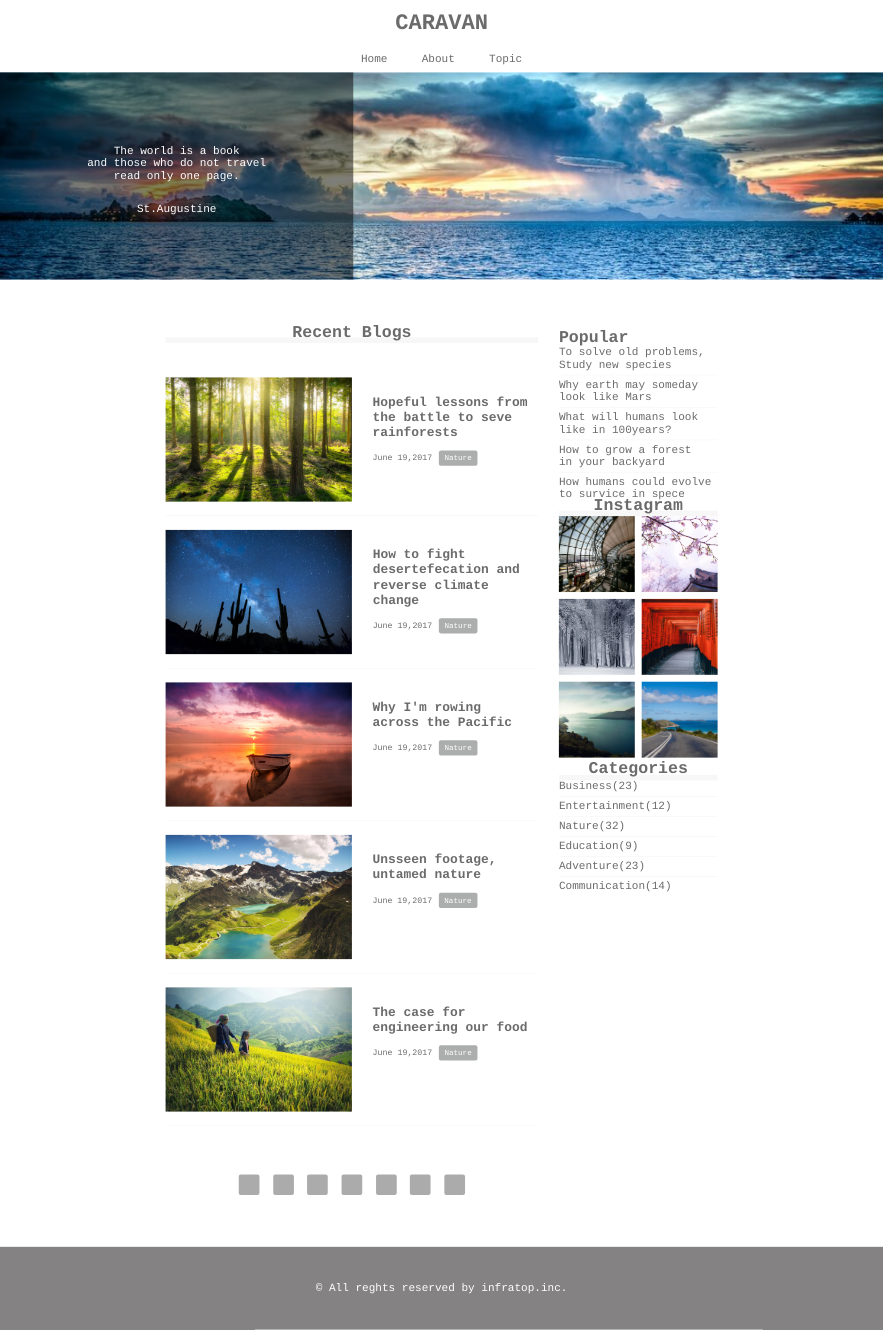
Repository: HayatoTakaha/bookers2-debug
Page: caravan/index.html
The author's editor kept a record of every edit. The page is drawn from the files as they stood at one moment, then again after the next edit.
The browser window is 1280 px wide. The pictures show the whole page, at 69% of full size.

Above is the page before.

### caravan/index.html
<!DOCTYPE html>
<html lang="ja">
  <head>
    <meta charset="UTF-8">
    <title>CARAVAN</title>

    <link rel="stylesheet" href="style.css">
  </head>
  <body>
   <!--header-->
 <header>
  <h1 class="heaing">
   <a href="index.html">CARAVAN</a>
  </h1>
 </header>
 <!--navigation-->
   <nav>
    <ul class="nav-list">
   <li class="nav-list-item">
    <a href="index.html">Home</a></li>
   <li class="nav-list-item">
    <a href="index.html"> About</a></li>
   <li class="nav-list-item">
   <a href="index.html"> Topic</a></li>
    </ul>
   </nav>
 <!--main-visual-->
  <div class="main-visual">
   <div class="main-visual-content">
  <p class="main-visual-text">
   The world is a book <br />
   and those who do not travel <br />
   read only one page.
  </p>
  <p class="main-visual-name">
   St.Augustine
  </p>
  </div>
   <!-- main用のdiv -->
    <main>
     <section class="blog">
      <h2 class="blog-heading">Recent Blogs</h2>
      <div class="blog-box">
      <div class="blog-item">
       <img class="blog-image" src="forest.jpg"/>
       <section class="blog-text">
       <h3 class="blog-text-heading"/>
        <a href="single.html">
         Hopeful lessons from <br>
         the battle to seve <br>
         rainforests
        </a>
       </h3>
       <p class="blog-date"> June 19,2017 </p>
       <span class="category">Nature</span>
     </section>
     </div>
     <div class="blog-item">
       <img class="blog-image" src="desert.jpg"/>
       <section class="blog-text">
       <h3 class="blog-text-heading"/>
        <a href="single.html">
         How to fight <br>
         desertefecation and <br>
         reverse climate change
        </a>
       </h3>
        <p class="blog-date"> June 19,2017 </p>
       <span class="category">Nature</span>
     </section>
     </div>
     <div class="blog-item">
       <img class="blog-image" src="sunset.jpg"/>
       <section class="blog-text">
       <h3 class="blog-text-heading"/>
        <a href="single.html">
         Why I'm rowing <br>
         across the Pacific
        </a>
       </h3>
       <p class="blog-date"> June 19,2017 </p>
       <span class="category">Nature</span>
     </section>
     </div>
     <div class="blog-item">
       <img class="blog-image" src="italy.jpg"/>
       <section class="blog-text">
       <h3 class="blog-text-heading"/>
        <a href="single.html">
         Unsseen footage, <br>
         untamed nature
        </a>
       </h3>
       <p class="blog-date"> June 19,2017 </p>
       <span class="category">Nature</span>
     </section>
      </div>
     <div class="blog-item">
       <img class="blog-image" src="asia.jpg"/>
       <section class="blog-text">
       <h3 class="blog-text-heading"/>
        <a href="single.html">
         The case for <br>
         engineering our food
        </a>
       </h3>
       <p class="blog-date"> June 19,2017 </p>
       <span class="category">Nature</span>
     </section>
     </div>
     <div class="pagination">
      <p></p>
      <p></p>
      <p></p>
      <p></p>
      <p></p>
      <p></p>
      <p></p>
     </div>
     </div>
      </section>
     <div class="sidebar">
      <section class="popular">
       <h2 class="popular-heading">Popular</h2>
       <div class="sidebar-contents">
        <p class="popular-text">
         To solve old problems,<br>
         Study new species</p>
       <p class="popular-text">
        Why earth may someday<br>
        look like Mars</p>
         <p class="popular-text">
          What will humans look<br>
          like in 100years?</p>
           <p class="popular-text">
            How to grow a forest<br>
            in your backyard</p>
             <p class="popular-text">
              How humans could evolve<br>
              to survice in spece</p>
      </div>
      </section>
 <section class="instagram">
  <h2 class="instagram-heading common-heading">Instagram</h2>
  <div class="sidebar-contents">
   <div class="instagram-box"></div>
    <div class="instagram-box"></div>
     <div class="instagram-box"></div>
      <div class="instagram-box"></div>
       <div class="instagram-box"></div>
        <div class="instagram-box"></div>
 </div>
 </section>
 <section class="categories">
  <h2 class="categories-heading common-heading">Categories</h2>
  <div class="sidebar-contents">
   <p class="categories-text">Business(23)</p>
    <p class="categories-text">Entertainment(12)</p>
     <p class="categories-text">Nature(32)</p>
      <p class="categories-text">Education(9)</p>
       <p class="categories-text">Adventure(23)</p>
        <p class="categories-text">Communication(14)</p>
  </div>
 </section>
 </div>
    </main>
   <!--footer-->
  <footer>
   <p class="footer-text">© All reghts reserved by infratop.inc.</p>
  </footer>
  </body>
</html>

### caravan/style.css
*{
  margin: 0;
  padding: 0;
  box-sizing: border-box;
  color: #6c6b6b;
}
a{
  text-decoration: none;
}
header,nav,h2,.main-visual,footer{
  font-family: Chalkduster,"Bradley Hand",Courier,"Segoe Print",sans-serif;
}
header{
  width: 90%;
  padding: 15px 0 ;
  margin: 0 auto;
  text-align: center;
}
.social i {
  display: inline-block;
  margin-left: 20px;
}
header .heading{
  font-size: 32px;
}
.nav-list{
  text-align: center;
  padding: 10px 0;
  margin: 0 auto;
}
.nav-list-item{
  list-style: none;
  display: inline-block;
  margin: 0 20px;
}
.main-visual{
  width: 100%;
  height: 300px;
  background-image: url(mv.jpg);
  background-size: cover;
  background-position: center;
}
.main-visual-content{
  width: 40%;
  height: 300px;
  background-color: rgba(0,0,0,0.5);
  text-align: center;
  padding-top: 105px;
}
.main-visual-text{
  color: #fff;
}
.main-visual-name{
  margin-top: 30px;
  color: #fff;
}
main{
  width: 800px;
  display: flex;
  justify-content: center;
  margin: 0 auto;
  padding: 70px 0 ;
}

.blog{
  width: 540px;
  margin-right: 30px;
}
.blog-heading{
  border-bottom: 8px solid #f7f7f7;
  text-align: center;
  line-height: 0.6;
}
.blog-box{
  padding-top: 50px;
}
.blog-item{
  padding-bottom: 20px;
  margin-bottom: 20px;
  border-bottom: 1px solid #f7f7f7;
  display: flex;
  justify-content: flex-start;
}
.blog-image{
  height: 180px;
}
.blog-text{
  padding: 25px 0 0 30px;
}
.blog-text-heading{
  padding-bottom: 15px;
}
.blog-date{
  font-size: 12px;
  display: inline-block;
}
.category{
  display: inline-block;
  padding: 5px 8px;
  background-color: #acadad;
  border-radius: 3px;
  color: #fff;
  font-size: 11px;
}
.pagination{
  text-align: center;
  padding-top: 50px;
}
.pagination p {
  display: inline-block;
  width: 30px;
  height: 30px;
  margin: 0 5px;
  color: #fff;
  background-color: #acabab;
  border-radius: 3px;
  line-height: 30px;
}
.sidebar{
 width: 230px;
 }

 .common-heading{
   border-bottom: 8px solid #f7f7f7;
   text-align: center;
   line-height: 0.6;
 }
 .sidebar-contens{
   padding: 50px 0;
 }
 .popular-text,
 .categories-text{
   padding-bottom: 5px;
   border-bottom: 1px solid #f7f7f7;
   margin-bottom: 5px;
 }
 .popular-text:last-child,
 .categories-text:last-child{
   margin: 0;
   padding: 0;
   border: none;
 }
 .instagram .sidebar-contents{
   display: flex;
   flex-wrap: wrap;
 }
 .instagram-box{
   width: 110px;
   padding-top: 110px;
   background-size: cover;
   background-position: center;
   margin-bottom: 10px;
 }
 .instagram-box:nth-child(odd){
   margin: 0 10px 10px 0;
 }
 .instagram-box:nth-child(1){
   background-image: url(airport.jpg);
 }
 .instagram-box:nth-child(2){
   background-image: url(japan.jpg);
 }
 .instagram-box:nth-child(3){
   background-image: url(snow.jpg);
 }
 .instagram-box:nth-child(4){
   background-image: url(japan2.jpg);
 }
 .instagram-box:nth-child(5){
   background-image: url(lake.jpg);
 }
 .instagram-box:nth-child(6){
   background-image: url(road.jpg);
 }
 footer{
   width: 100%;
   height: 120px;
   text-align: center;
   line-height: 120px;
   background-color: #848282;
   }

  .footer-text{
    color: #fff;
  }

After the next edit:
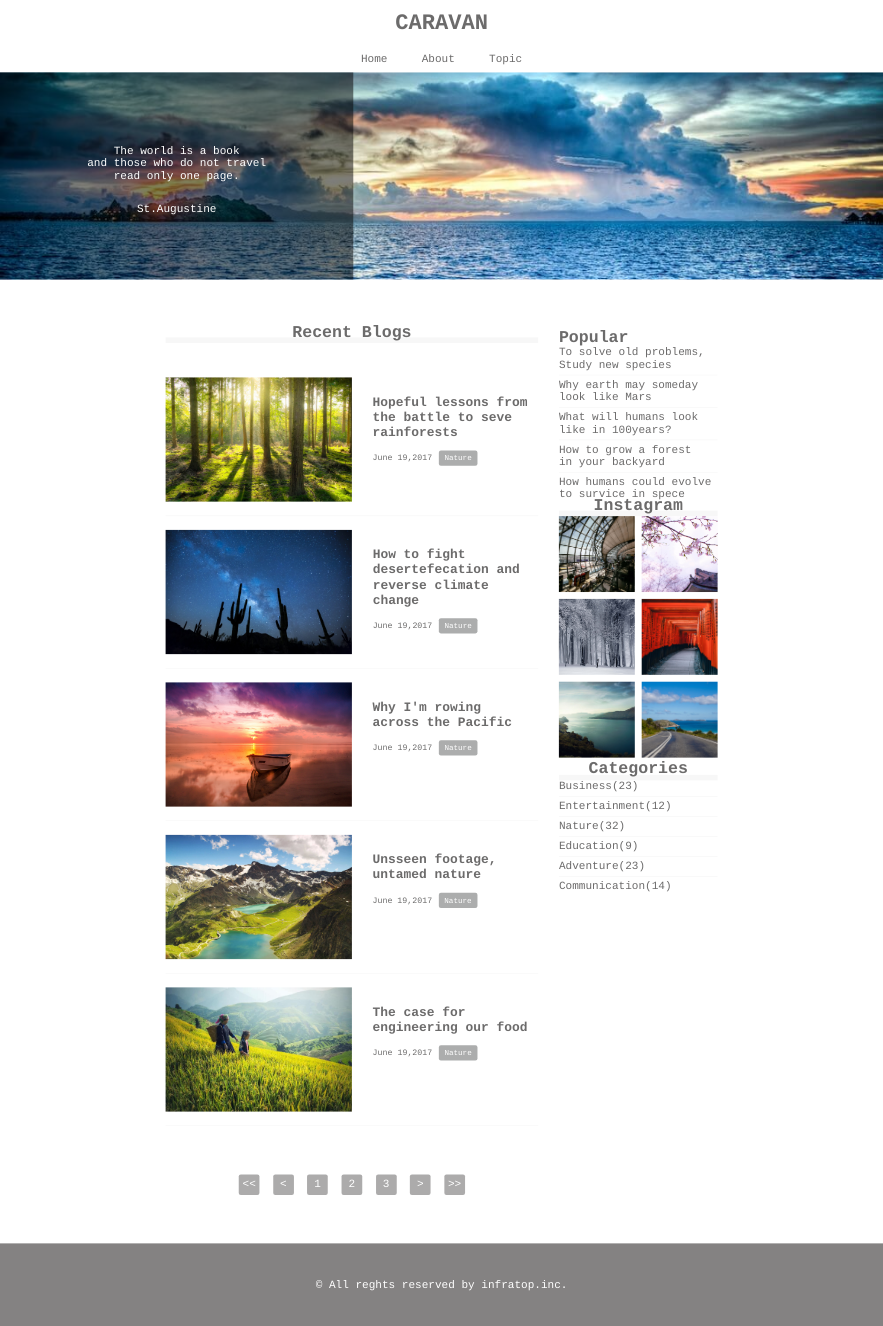
The edit:
--- a/caravan/index.html
+++ b/caravan/index.html
@@ -109,14 +109,13 @@
      </section>
      </div>
      <div class="pagination">
-      <p></p>
-      <p></p>
-      <p></p>
-      <p></p>
-      <p></p>
-      <p></p>
-      <p></p>
-     </div>
+      <p><<</p>
+      <p><</p>
+      <p>1</p>
+      <p>2</p>
+      <p>3</p>
+      <p>></p>
+      <p>>></p>
      </div>
       </section>
      <div class="sidebar">
